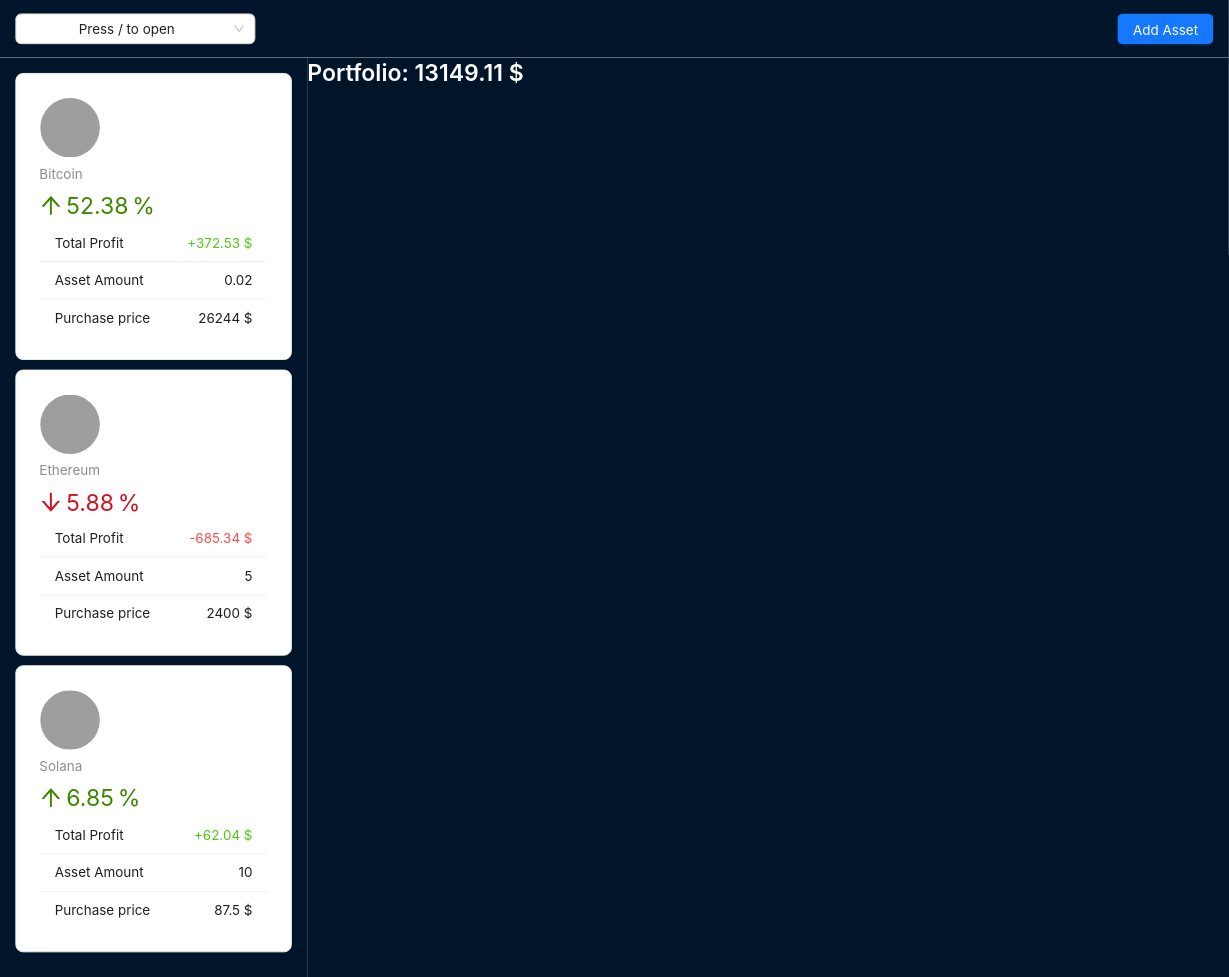
Repository: Vadia23/React-Crypto-App
Page: /
An editor plug-in stored every save of this project. The page is shown before and after the next save, followed by the edit.
The browser window is 1280 px wide. The pictures show the whole page, at 96% of full size.
Pictures or frames that could not be fetched are drawn as grey boxes. The project was rebuilt for these pictures with package versions that can differ from the ones it lists, and the page was loaded fresh each time. Also part of the build but not shown: vite.config.js, src/components/CoinInfo.jsx, src/components/CoinInfoModal.jsx, src/components/AddAssetForm.jsx, src/components/layout/AppConten.jsx.

Above is the page before, as saved 2024-02-28 16:30:09.

### src/App.jsx
import { Layout } from "antd";
import AppHeader from "./components/layout/AppHeader";
import AppSider from "./components/layout/AppSider";
import AppContent from "./components/layout/AppConten";
import { CryptoContextProvider } from "./context/cryptoContext";
import AppLayout from "./components/layout/AppLayout";

export default function App() {
  return (
    <CryptoContextProvider>
      <AppLayout />
    </CryptoContextProvider>
  );
}

### src/components/layout/AppHeader.jsx
import { Button, Layout, Modal, Select, Space, Drawer } from "antd";
import { useCrypto } from "../../context/cryptoContext";
import { useEffect, useState } from "react";
import CoinInfoModal from "../CoinInfoModal";
import AddAssetForm from "../AddAssetForm";

const headerStyle = {
  textAlign: "center",
  color: "#fff",
  height: 60,
  width: "100%",
  padding: "1rem",
  display: "flex",
  justifyContent: "space-between",
  alignItems: "center",
};

export default function AppHeader() {
  const [select, setSelect] = useState(false);
  const [modal, setModal] = useState(false);
  const [drawer, setDrawer] = useState(false);
  const [coin, setCoin] = useState(null);
  const { crypto } = useCrypto();

  function handleSelect(value) {
    setModal(true);
    setCoin(crypto.find((c) => c.id === value));
    // const coin = crypto.findIndex((coin) => coin.id === value);
    // setCoin(crypto[coin]);
  }

  useEffect(() => {
    const keypress = (event) => {
      if (event.key === "/") {
        setSelect((prev) => !prev);
      }
    };

    document.addEventListener("keypress", keypress);
    return () => document.removeEventListener("keypress", keypress);
  }, []);

  return (
    <Layout.Header style={headerStyle}>
      <Select
        open={select}
        // mode="multiple"
        style={{ width: 250 }}
        onClick={() => setSelect((prev) => !prev)}
        value={"Press / to open"}
        onSelect={handleSelect}
        // optionLabelProp="label"
        options={crypto.map((coin) => ({
          label: coin.name,
          value: coin.id,
          icon: coin.icon,
        }))}
        optionRender={(option) => (
          <Space>
            <img
              style={{ width: 20 }}
              src={option.data.icon}
              alt={option.data.label}
            />{" "}
            {option.data.label}
          </Space>
        )}
      />
      <Button type="primary" onClick={() => setDrawer(true)}>
        Add Asset
      </Button>

      <Modal
        open={modal}
        onCancel={() => {
          setModal(false), setCoin(null);
        }}
        footer={null}
      >
        <CoinInfoModal coin={coin} />
      </Modal>

      <Drawer
        width={"40%"}
        title="Add Asset"
        onClose={() => setDrawer(false)}
        open={drawer}
        destroyOnClose
      >
        <AddAssetForm onClose={() => setDrawer(false)} />
      </Drawer>
    </Layout.Header>
  );
}

### src/components/layout/AppSider.jsx
import { Avatar, Card, Layout, List, Statistic, Typography } from "antd";
import { ArrowDownOutlined, ArrowUpOutlined } from "@ant-design/icons";
import { useContext } from "react";
import { capitalize } from "../../utils";
import CryptoContext from "../../context/cryptoContext";

export default function AppSider() {
  const { assets } = useContext(CryptoContext);

  return (
    <Layout.Sider width="25%" style={{ padding: "1rem" }}>
      {assets.map((asset, i) => (
        <Card key={i} style={{ marginBottom: "10px" }}>
          <Avatar size={64} src={asset.icon} style={{ marginBottom: "5px" }} />
          <Statistic
            title={capitalize(asset.id)}
            value={asset.growPercent}
            precision={2}
            valueStyle={{ color: asset.grow ? "#3f8600" : "#cf1322" }}
            prefix={asset.grow ? <ArrowUpOutlined /> : <ArrowDownOutlined />}
            suffix="%"
          />
          <List
            size="small"
            dataSource={[
              {
                title: "Total Profit",
                value: (
                  <Typography.Text type={asset.grow ? "success" : "danger"}>
                    {asset.grow
                      ? "+" + asset.totalProfit + " $"
                      : asset.totalProfit + " $"}
                  </Typography.Text>
                ),
              },
              { title: "Asset Amount", value: asset.amount },
              { title: "Purchase price", value: asset.price + " $" },
            ]}
            renderItem={(item) => (
              <List.Item>
                <span>{item.title}</span>
                {}
                <span>{item.value}</span>
              </List.Item>
            )}
          />
        </Card>
      ))}
    </Layout.Sider>
  );
}

### src/context/cryptoContext.jsx
import { createContext, useContext, useEffect, useState } from "react";
import { fakeFetchCrypto, fetchAssets } from "../api";
import { percentDifference } from "../utils";

const CryptoContext = createContext({
  assets: [],
  crypto: [],
  isLoading: false,
});

export function CryptoContextProvider({ children }) {
  const [isLoading, setIsLoading] = useState(false);
  const [crypto, setCrypto] = useState([]);
  const [assets, setAssets] = useState([]);
  function mapAssets(assets, result) {
    return assets.map((asset) => {
      const coin = result.find((c) => c.id === asset.id);

      return {
        grow: asset.price < coin.price, // boolean for color of statistic
        growPercent: percentDifference(asset.price, coin.price),
        totalAmount: asset.amount * coin.price,
        totalProfit: +(
          asset.amount * coin.price -
          asset.amount * asset.price
        ).toFixed(2),
        icon: coin.icon,
        ...asset,
      };
    });
  }

  useEffect(() => {
    async function preload() {
      setIsLoading(true);
      const { result } = await fakeFetchCrypto();
      const assets = await fetchAssets();

      setCrypto(result);
      setAssets(mapAssets(assets, result));
      setIsLoading(false);
    }
    preload();
  }, []);

  function addAsset(newAsset) {
    return setAssets((prev) => mapAssets([...prev, newAsset], crypto));
  }

  return (
    <CryptoContext.Provider value={{ isLoading, crypto, assets, addAsset }}>
      {children}
    </CryptoContext.Provider>
  );
}

export default CryptoContext;

export function useCrypto() {
  return useContext(CryptoContext);
}

### src/components/layout/AppLayout.jsx
import { Layout, Spin } from "antd";
import AppHeader from "./AppHeader";
import AppSider from "./AppSider";
import AppContent from "./AppContent";
import { useContext } from "react";
import CryptoContext from "../../context/cryptoContext";

export default function AppLayout() {
  const { isLoading } = useContext(CryptoContext);

  if (isLoading) {
    return <Spin spinning={isLoading} fullscreen />;
  }

  return (
    <Layout>
      <AppHeader />
      <Layout>
        <AppSider />
        <AppContent />
      </Layout>
    </Layout>
  );
}

### src/utils.js
export function percentDifference(a, b) {
  return +(100 * Math.abs((a - b) / ((a + b) / 2))).toFixed(2);
}

export function capitalize(str) {
  return str.charAt(0).toUpperCase() + str.substr(1);
}

### src/api.js
import { cryptoAssets, cryptoData } from "./data";

export function fakeFetchCrypto() {
  return new Promise((resolve) => {
    setTimeout(() => {
      resolve(cryptoData);
    }, 1);
  });
}
export function fetchAssets() {
  return new Promise((resolve) => {
    setTimeout(() => {
      resolve(cryptoAssets);
    }, 1);
  });
}

### src/components/layout/AppContent.jsx
import { Layout, Typography } from "antd";
import { useCrypto } from "../../context/cryptoContext";

const contentStyle = {
  textAlign: "center",
  minHeight: "calc(100vh - 60px)",
  color: "#fff",
  backgroundColor: "#001529",
};

export default function AppContent() {
  const { assets, crypto } = useCrypto();
  const cryptoPriceMap = crypto.reduce((acc, c) => {
    acc[c.id] = c.price;
    return acc;
  }, {});

  return (
    <Layout.Content style={contentStyle}>
      <Typography.Title level={3} style={{ color: "#fff", textAlign: "left" }}>
        Portfolio:{" "}
        {assets
          .map((asset) => {
            // const coin = crypto.find((c) => c.id === asset.id);
            // return asset.amount * coin.price;
            return asset.amount * cryptoPriceMap[asset.id];
          })
          .reduce((acc, v) => acc + v, 0)
          .toFixed(2)}{" "}
        $
      </Typography.Title>
    </Layout.Content>
  );
}

### src/components/PortfolioChart.jsx
export default function PortfolioChart() {
  return <div>111</div>;
}

### src/components/AssetsTable.jsx
export default function AssetsTable() {
  return <div>Assets Table</div>;
}

Loaded but not shown: index.html (common file); src/main.jsx (common file); src/index.css (common file); src/data.js (631 lines, source omitted)

After the next save:
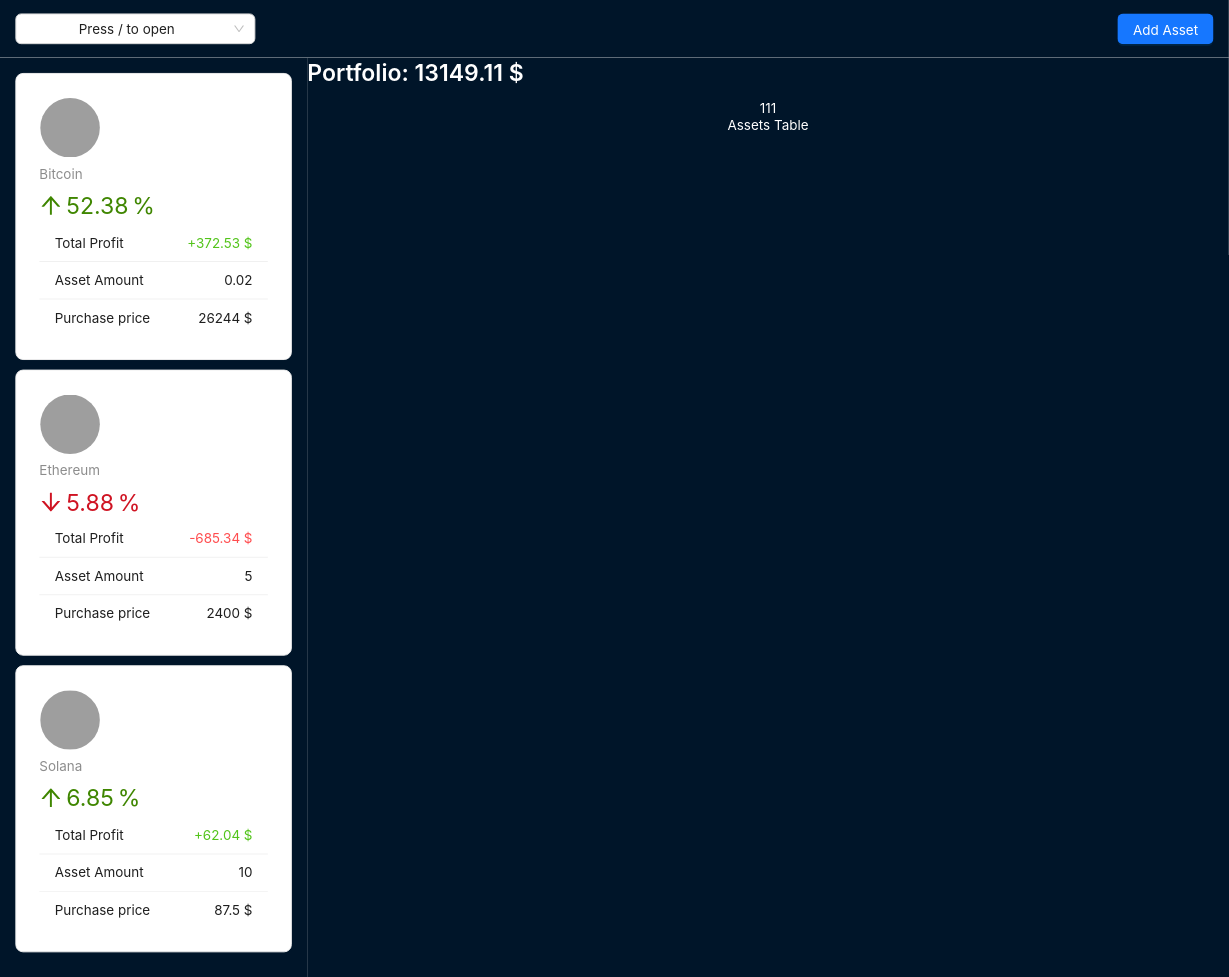
Saved 69 s later.
--- a/src/components/layout/AppContent.jsx
+++ b/src/components/layout/AppContent.jsx
@@ -1,5 +1,7 @@
 import { Layout, Typography } from "antd";
 import { useCrypto } from "../../context/cryptoContext";
+import PortfolioChart from "../PortfolioChart";
+import AssetsTable from "../AssetsTable";
 
 const contentStyle = {
   textAlign: "center",
@@ -29,6 +31,8 @@
           .toFixed(2)}{" "}
         $
       </Typography.Title>
+      <PortfolioChart />
+      <AssetsTable />
     </Layout.Content>
   );
 }
